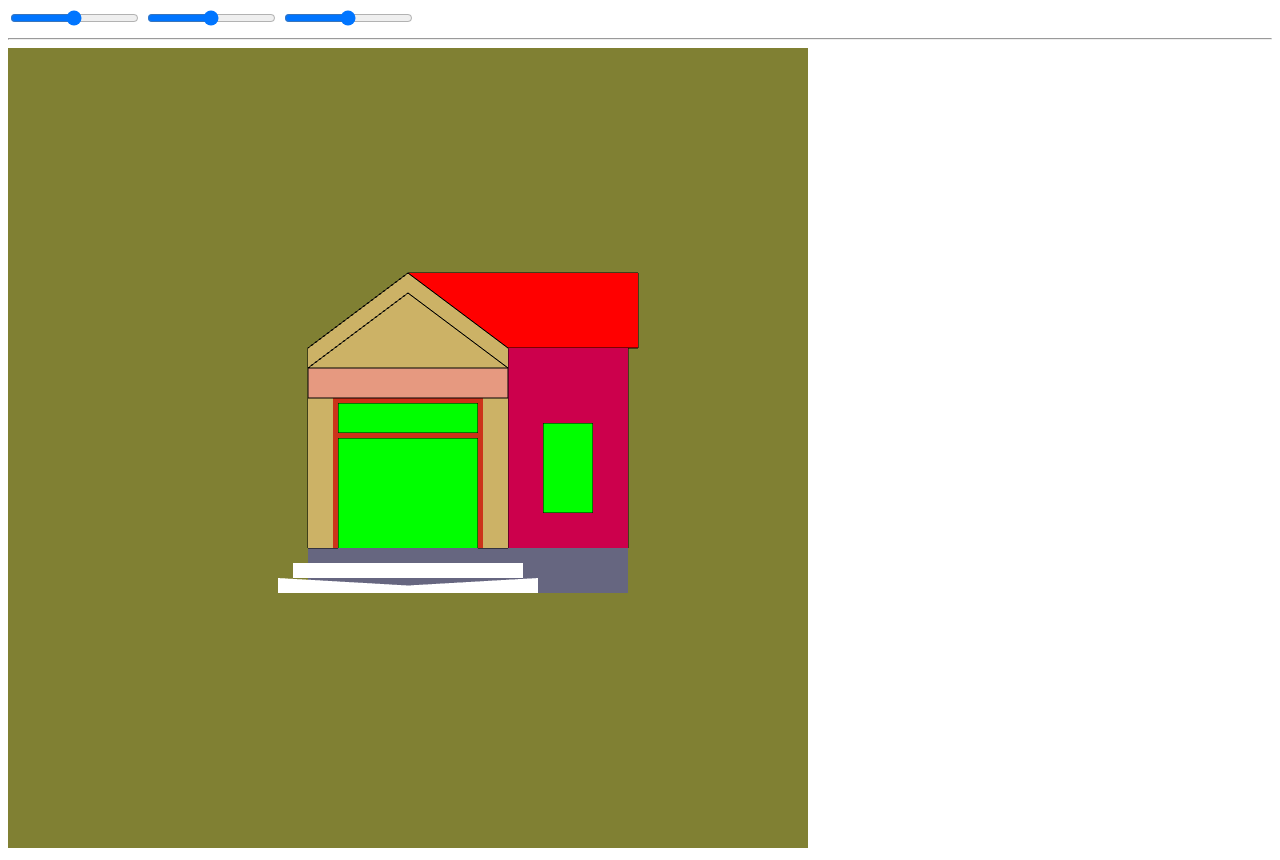
Repository: JoinGame-A36664/Build-House-WebGL
Page: index.html
An editor plug-in stored every save of this project. The page is shown before and after a run of saves, followed by the edit.
The browser window is 1280 px wide. The pictures show the whole page.

Above is the page before, as saved 2021-10-25 10:29:52.
Console error: ReferenceError: program is not defined

After the next 9 saves:
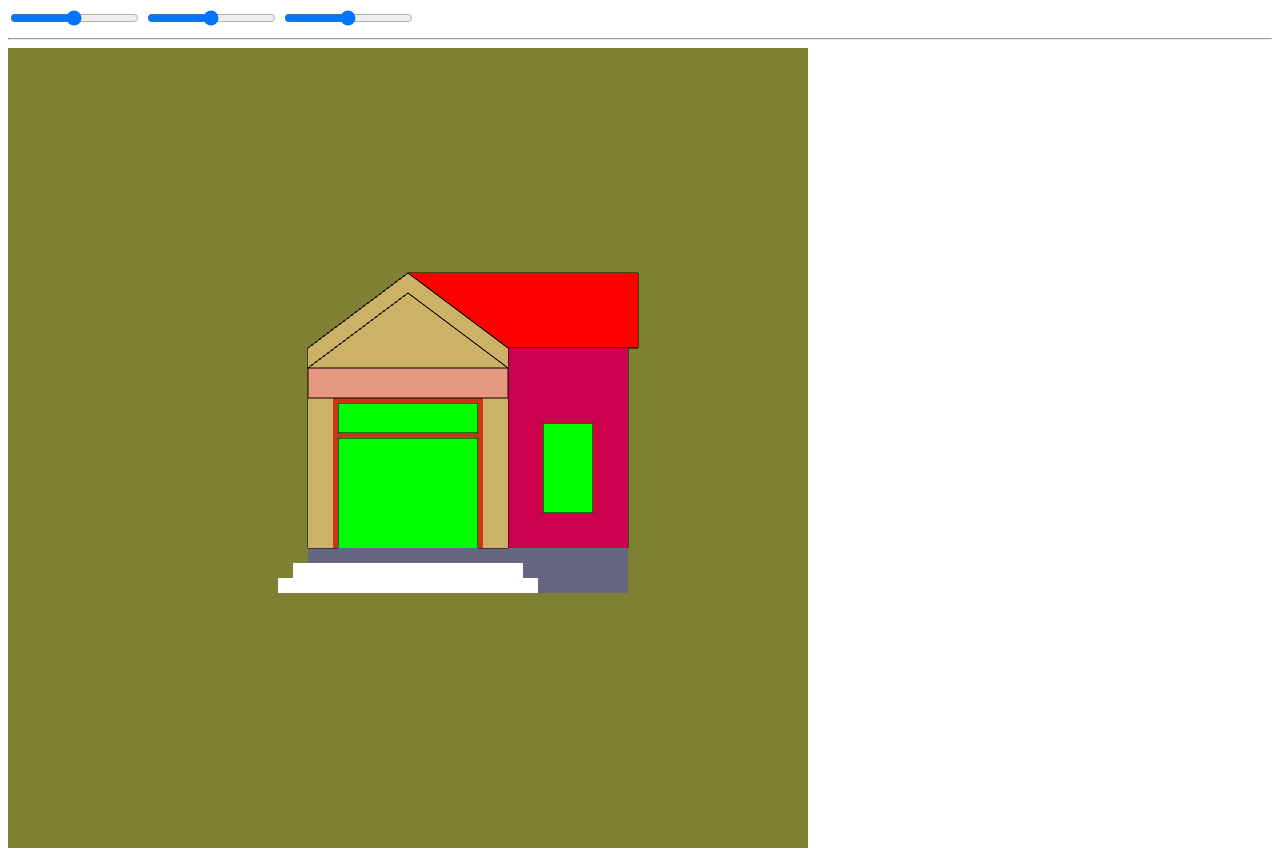
The 9 saves are shown as one change because they came seconds apart.
The last was saved 26 s later.
--- a/Bietthu1.js
+++ b/Bietthu1.js
@@ -245,8 +245,8 @@ function buildHouse(program, vertices, vertexColors) // Truyền vào những g
                     wall(program, vertices[75], vertices[76], vertices[80], vertices[79], vertexColors[7]);
                     wall(program, vertices[82], vertices[78], vertices[77], vertices[81], vertexColors[7]);
                     wall(program, vertices[83], vertices[84], vertices[85], vertices[86], vertexColors[0]);
-                    // wall(program, vertices[83], vertices[84], vertices[87], vertices[88], vertexColors[7]);
-                    // wall(program, vertices[85], vertices[84], vertices[87], vertices[90], vertexColors[7]);
+                    wall(program, vertices[83], vertices[84], vertices[87], vertices[88], vertexColors[7]);
+                    wall(program, vertices[85], vertices[84], vertices[87], vertices[90], vertexColors[7]);
                     wall(program, vertices[85], vertices[86], vertices[89], vertices[90], vertexColors[7]);
                     wall(program, vertices[88], vertices[83], vertices[89], vertices[86], vertexColors[7]);
                     wall(program, vertices[80], vertices[76], vertices[77], vertices[81], vertexColors[7]);
